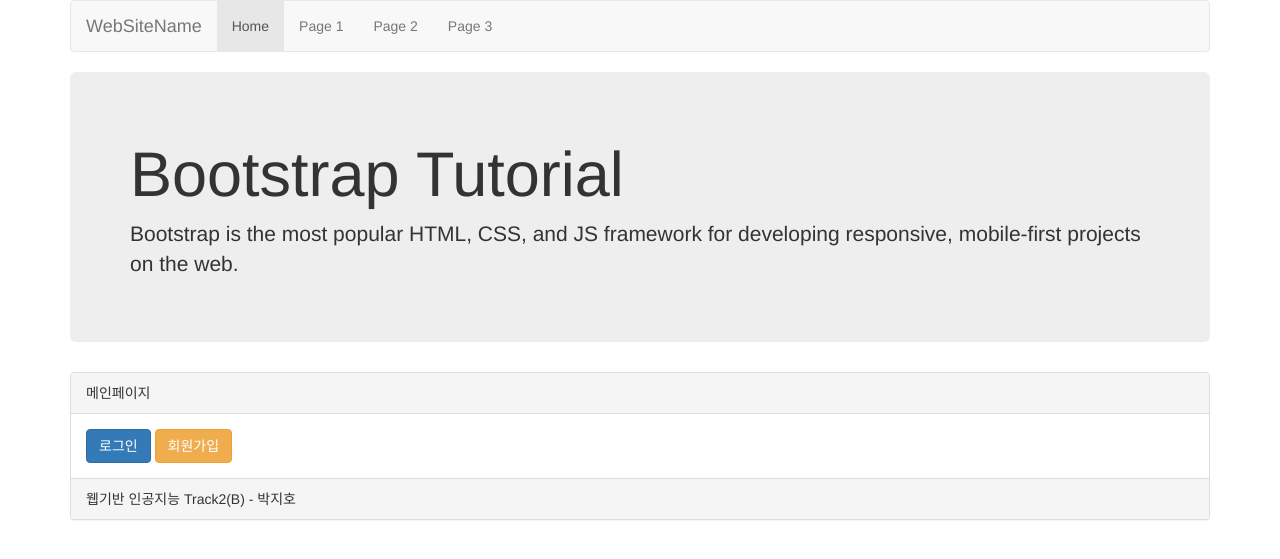
Repository: Jipumpkin/WebServer
Page: http://localhost/FrontCommandPattern/main.jsp
The author's editor kept a copy of each file at every save. The page is drawn from the files as they stood at one save, then again after the next save.
The browser window is 1280 px wide. The pictures show the whole page.
The page is served by Tomcat 9.

Above is the page before, as saved 2024-08-21 00:40:07.

After the next save:
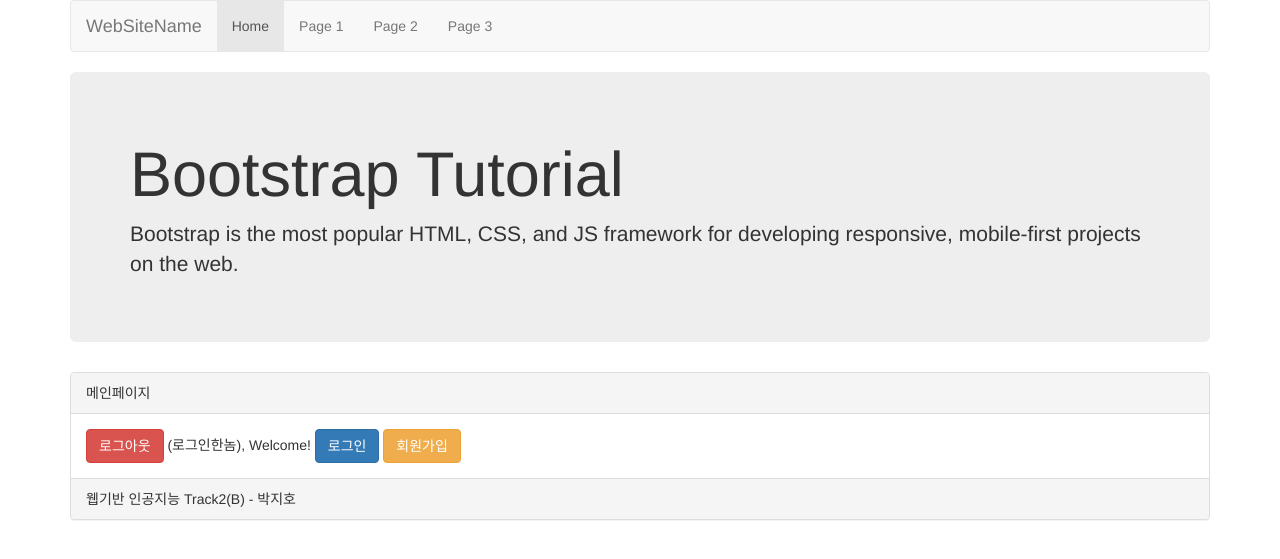
Saved 6 min 42 s later.
--- a/FrontCommandPattern/src/main/webapp/main.jsp
+++ b/FrontCommandPattern/src/main/webapp/main.jsp
@@ -36,9 +36,14 @@
 		    <div class="panel-heading">메인페이지</div>
 
 		    <div class="panel-body">
+		    	<!-- 로그인을 안했을때 -->
+				<a href="logoutController"><button class="btn btn-danger">로그아웃</button></a>
 
+		    	<!-- 로그인을 안했을때 -->
+		    	(로그인한놈), Welcome!
 				<a href="login.jsp"><button class="btn btn-primary">로그인</button></a>
 				<a href="join.jsp"><button class="btn btn-warning">회원가입</button></a>
+
 
 		    </div>
 
